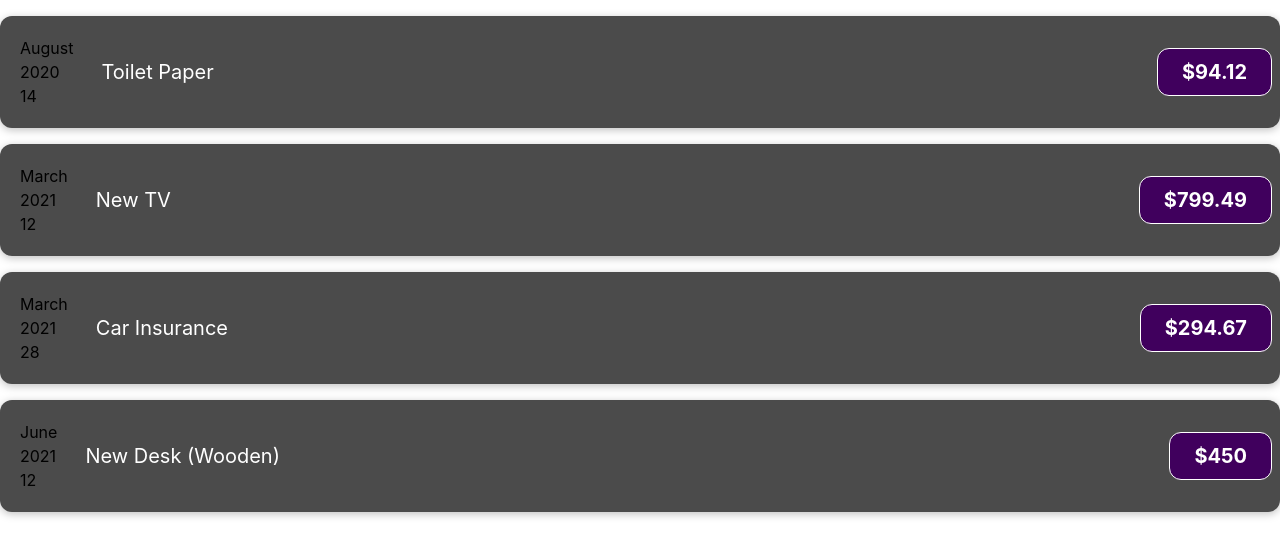
Repository: Sef24/expense-tracker
Page: /
These files come from the project's save history. The page is drawn as it stood at one moment and after the next save; the edit follows.
The browser window is 1280 px wide. The pictures show the whole page.
The project was rebuilt for these pictures with package versions that can differ from the ones it lists, and the page was loaded fresh each time.

Above is the page before, as saved 2022-04-21 22:10:07.

### public/index.html
<!DOCTYPE html>
<html lang="en">
  <head>
    <meta charset="utf-8" />
    <link rel="icon" href="%PUBLIC_URL%/favicon.ico" />
    <meta name="viewport" content="width=device-width, initial-scale=1" />

    <meta
      name="description"
      content="Web site created using create-react-app"
    />
    <link rel="apple-touch-icon" href="%PUBLIC_URL%/logo192.png" />
    <!--
      manifest.json provides metadata used when your web app is installed on a
      user's mobile device or desktop. See https://developers.google.com/web/fundamentals/web-app-manifest/
    -->
    <link rel="manifest" href="%PUBLIC_URL%/manifest.json" />
    <!--
      Notice the use of %PUBLIC_URL% in the tags above.
      It will be replaced with the URL of the `public` folder during the build.
      Only files inside the `public` folder can be referenced from the HTML.

      Unlike "/favicon.ico" or "favicon.ico", "%PUBLIC_URL%/favicon.ico" will
      work correctly both with client-side routing and a non-root public URL.
      Learn how to configure a non-root public URL by running `npm run build`.
    -->
    <title>React App</title>
  </head>
  <body>
    <noscript>You need to enable JavaScript to run this app.</noscript>
    <div id="root"></div>
    <!--
      This HTML file is a template.
      If you open it directly in the browser, you will see an empty page.

      You can add webfonts, meta tags, or analytics to this file.
      The build step will place the bundled scripts into the <body> tag.

      To begin the development, run `npm start` or `yarn start`.
      To create a production bundle, use `npm run build` or `yarn build`.
    -->
  </body>
</html>

### src/App.js
import ExpenseItem from "./components/ExpenseItem";

function App() {
  const expenses = [
    {
      id: "e1",
      title: "Toilet Paper",
      amount: 94.12,
      date: new Date(2020, 7, 14),
    },
    { id: "e2", title: "New TV", amount: 799.49, date: new Date(2021, 2, 12) },
    {
      id: "e3",
      title: "Car Insurance",
      amount: 294.67,
      date: new Date(2021, 2, 28),
    },
    {
      id: "e4",
      title: "New Desk (Wooden)",
      amount: 450,
      date: new Date(2021, 5, 12),
    },
  ];
  return (
    <div>
      <h2></h2>
      <ExpenseItem
        title={expenses[0].title}
        amount={expenses[0].amount}
        date={expenses[0].date}
      />

      <ExpenseItem
        title={expenses[1].title}
        amount={expenses[1].amount}
        date={expenses[1].date}
      />
      <ExpenseItem
        title={expenses[2].title}
        amount={expenses[2].amount}
        date={expenses[2].date}
      />
      <ExpenseItem
        title={expenses[3].title}
        amount={expenses[3].amount}
        date={expenses[3].date}
      />
    </div>
  );
}

export default App;

### src/components/ExpenseItem.js
import React from "react";
import "./ExpenseItem.css";
import ExpenseDate from "./ExpenseDate";

function ExpenseItem(props) {
  return (
    <div className="expense-item ">
      <ExpenseDate date={props.date} />

      <div className="expense-item__description">
        <h2>{props.title}</h2>

        <div className="expense-item__price">${props.amount}</div>
      </div>
    </div>
  );
}

export default ExpenseItem;

### src/components/ExpenseItem.css
.expense-item {
  display: flex;
  justify-content: space-between;
  align-items: center;
  box-shadow: 0 2px 8px rgba(0, 0, 0, 0.25);
  padding: 0.5rem;
  margin: 1rem 0;
  border-radius: 12px;
  background-color: #4b4b4b;
}

.expense-item__description {
  display: flex;
  flex-direction: column;
  gap: 1rem;
  align-items: flex-end;
  flex-flow: column-reverse;
  justify-content: flex-start;
  flex: 1;
}

.expense-item h2 {
  color: #3a3a3a;
  font-size: 1rem;
  flex: 1;
  margin: 0 1rem;
  color: white;
}

.expense-item__price {
  font-size: 1rem;
  font-weight: bold;
  color: white;
  background-color: #40005d;
  border: 1px solid white;
  padding: 0.5rem;
  border-radius: 12px;
}

@media (min-width: 580px) {
  .expense-item__description {
    flex-direction: row;
    align-items: center;
    justify-content: flex-start;
    flex: 1;
  }

  .expense-item__description h2 {
    font-size: 1.25rem;
  }

  .expense-item__price {
    font-size: 1.25rem;
    padding: 0.5rem 1.5rem;
  }
}

### src/components/ExpenseDate.js
import React from "react";
import "./ExpenseDate.css";

function ExpenseDate(props) {
  const month = props.date.toLocaleString("en-US", { month: "long" });
  const day = props.date.getDate();
  const year = props.date.getFullYear();

  return (
    <div className="m-3">
      <div>{month}</div>
      <div>{year}</div>
      <div>{day}</div>
    </div>
  );
}

export default ExpenseDate;

Loaded but not shown: src/index.js (common file); src/index.css (common file); tailwind.config.js (common file); src/components/ExpenseDate.css (common file)

After the next save:
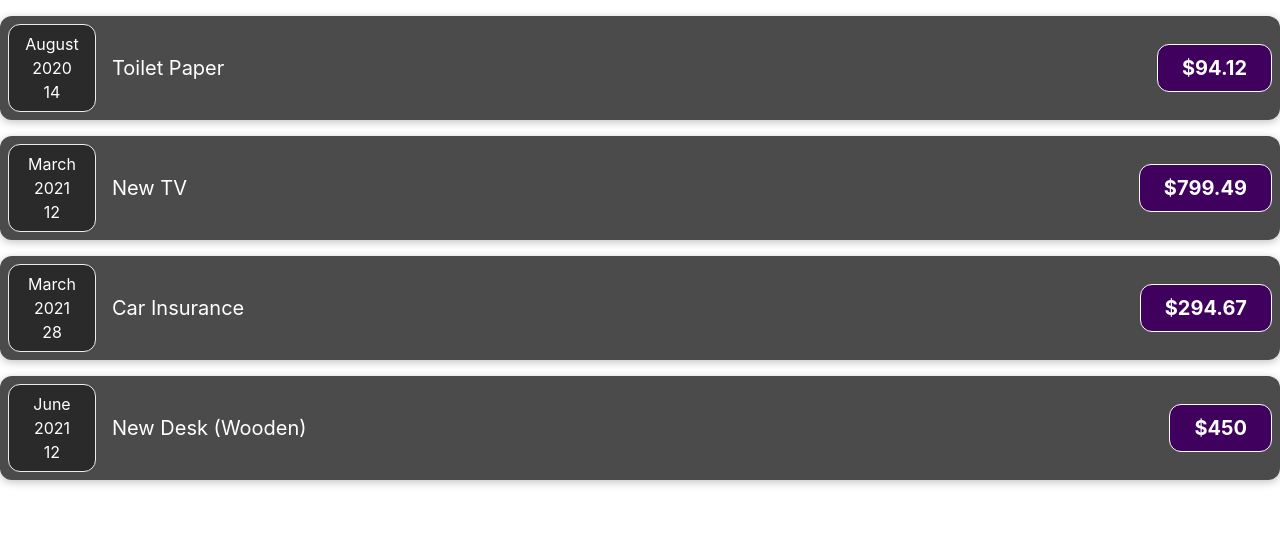
Saved 72 s later.
--- a/src/components/ExpenseDate.js
+++ b/src/components/ExpenseDate.js
@@ -7,10 +7,10 @@ function ExpenseDate(props) {
   const year = props.date.getFullYear();
 
   return (
-    <div className="m-3">
-      <div>{month}</div>
-      <div>{year}</div>
-      <div>{day}</div>
+    <div className="expense-date">
+      <div className="expense__month">{month}</div>
+      <div className="expense__year">{year}</div>
+      <div className="expense__day">{day}</div>
     </div>
   );
 }
